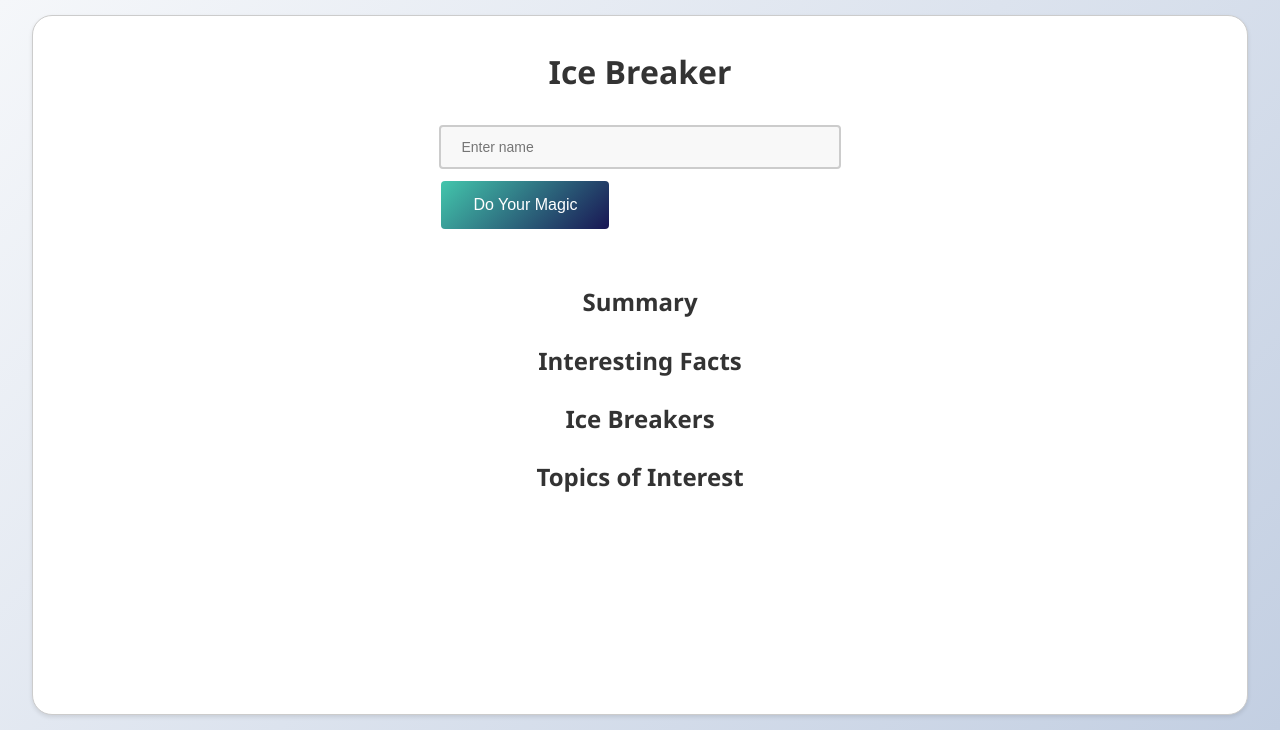
Repository: kunal02kb/Minor-Project-LangCahin
Page: http://localhost/
The author's editor kept a copy of each file at every save. The page is drawn from the files as they stood at one save, then again after the next save.
The browser window is 1280 px wide. The pictures show the whole page.
Some web libraries are served in a nearby version. The page is served by the project's application, run on Flask 3 (app.py).

Above is the page before, as saved 2023-09-27 08:31:03.

After the next save:
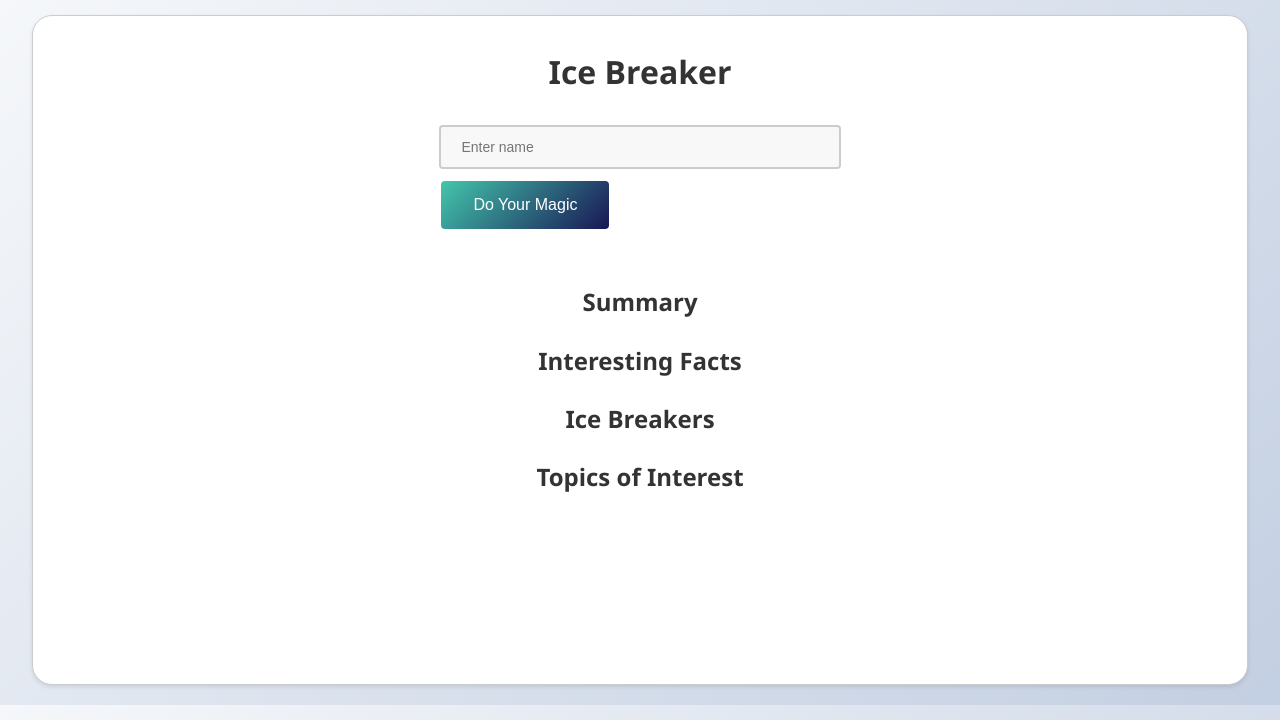
Saved 5 s later.
--- a/static/css/style.css
+++ b/static/css/style.css
@@ -16,7 +16,7 @@ body {
 
 .container {
     width: 95%;
-    min-height: 700px;
+    min-height: 670px;
     margin: 15px auto;
     padding: 30px;
     background-color: #ffffff;
